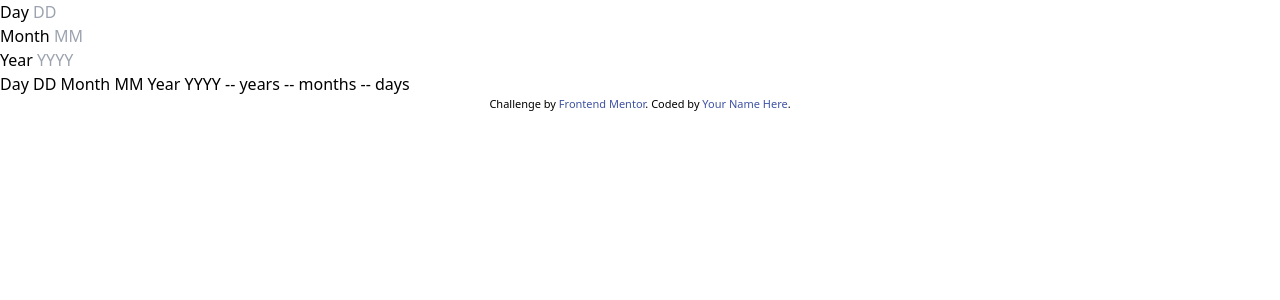
Repository: blordeus/age-calculator-app-main
Page: index.html
These files come from the project's save history. The page is drawn as it stood at one moment and after a run of saves; the edit follows.
The browser window is 1280 px wide. The pictures show the whole page.

Above is the page before, as saved 2023-08-25 19:51:39.

### index.html
<!DOCTYPE html>
<html lang="en">
<head>
  <meta charset="UTF-8">
  <meta name="viewport" content="width=device-width, initial-scale=1.0"> <!-- displays site properly based on user's device -->

  <link rel="icon" type="image/png" sizes="32x32" href="./assets/images/favicon-32x32.png">
  <link rel="stylesheet" href="style.css">
  <link rel="stylesheet" href="./dist/output.css">
  <title>Frontend Mentor | Age calculator app</title>

</head>
<body>
  <div class="card">
    <div class="card-container">
      <form>
        <div class="form_container">
          <div class="block">
            <label for="day">Day</label>
            <input type="text" id="day" placeholder="DD">
            <small></small>
          </div>
          <div class="block">
            <label for="month">Month</label>
            <input type="text" id="month" placeholder="MM">
            <small></small>
          </div>
          <div class="block">
            <label for="year">Year</label>
            <input type="text" id="year" placeholder="YYYY">
            <small></small>
          </div>
          <div class="submit_block">

          </div>
        </div>
      </form>
    </div>
  </div>

  Day
  DD

  Month
  MM

  Year
  YYYY

  -- years
  -- months
  -- days

  <div class="attribution">
    Challenge by <a rel="noopener" href="https://www.frontendmentor.io?ref=challenge" target="_blank">Frontend Mentor</a>.
    Coded by <a href="#">Your Name Here</a>.
  </div>

  <script class="script.js"></script>
</body>
</html>

### style.css
  @import url('https://fonts.googleapis.com/css2?family=Manrope:wght@800&display=swap');

  .attribution { font-size: 11px; text-align: center; }
  .attribution a { color: hsl(228, 45%, 44%); }

### dist/output.css
/*
! tailwindcss v3.3.3 | MIT License | https://tailwindcss.com
*/

/*
1. Prevent padding and border from affecting element width. (https://github.com/mozdevs/cssremedy/issues/4)
2. Allow adding a border to an element by just adding a border-width. (https://github.com/tailwindcss/tailwindcss/pull/116)
*/

*,
::before,
::after {
  box-sizing: border-box;
  /* 1 */
  border-width: 0;
  /* 2 */
  border-style: solid;
  /* 2 */
  border-color: #e5e7eb;
  /* 2 */
}

::before,
::after {
  --tw-content: '';
}

/*
1. Use a consistent sensible line-height in all browsers.
2. Prevent adjustments of font size after orientation changes in iOS.
3. Use a more readable tab size.
4. Use the user's configured `sans` font-family by default.
5. Use the user's configured `sans` font-feature-settings by default.
6. Use the user's configured `sans` font-variation-settings by default.
*/

html {
  line-height: 1.5;
  /* 1 */
  -webkit-text-size-adjust: 100%;
  /* 2 */
  -moz-tab-size: 4;
  /* 3 */
  -o-tab-size: 4;
     tab-size: 4;
  /* 3 */
  font-family: ui-sans-serif, system-ui, -apple-system, BlinkMacSystemFont, "Segoe UI", Roboto, "Helvetica Neue", Arial, "Noto Sans", sans-serif, "Apple Color Emoji", "Segoe UI Emoji", "Segoe UI Symbol", "Noto Color Emoji";
  /* 4 */
  font-feature-settings: normal;
  /* 5 */
  font-variation-settings: normal;
  /* 6 */
}

/*
1. Remove the margin in all browsers.
2. Inherit line-height from `html` so users can set them as a class directly on the `html` element.
*/

body {
  margin: 0;
  /* 1 */
  line-height: inherit;
  /* 2 */
}

/*
1. Add the correct height in Firefox.
2. Correct the inheritance of border color in Firefox. (https://bugzilla.mozilla.org/show_bug.cgi?id=190655)
3. Ensure horizontal rules are visible by default.
*/

hr {
  height: 0;
  /* 1 */
  color: inherit;
  /* 2 */
  border-top-width: 1px;
  /* 3 */
}

/*
Add the correct text decoration in Chrome, Edge, and Safari.
*/

abbr:where([title]) {
  -webkit-text-decoration: underline dotted;
          text-decoration: underline dotted;
}

/*
Remove the default font size and weight for headings.
*/

h1,
h2,
h3,
h4,
h5,
h6 {
  font-size: inherit;
  font-weight: inherit;
}

/*
Reset links to optimize for opt-in styling instead of opt-out.
*/

a {
  color: inherit;
  text-decoration: inherit;
}

/*
Add the correct font weight in Edge and Safari.
*/

b,
strong {
  font-weight: bolder;
}

/*
1. Use the user's configured `mono` font family by default.
2. Correct the odd `em` font sizing in all browsers.
*/

code,
kbd,
samp,
pre {
  font-family: ui-monospace, SFMono-Regular, Menlo, Monaco, Consolas, "Liberation Mono", "Courier New", monospace;
  /* 1 */
  font-size: 1em;
  /* 2 */
}

/*
Add the correct font size in all browsers.
*/

small {
  font-size: 80%;
}

/*
Prevent `sub` and `sup` elements from affecting the line height in all browsers.
*/

sub,
sup {
  font-size: 75%;
  line-height: 0;
  position: relative;
  vertical-align: baseline;
}

sub {
  bottom: -0.25em;
}

sup {
  top: -0.5em;
}

/*
1. Remove text indentation from table contents in Chrome and Safari. (https://bugs.chromium.org/p/chromium/issues/detail?id=999088, https://bugs.webkit.org/show_bug.cgi?id=201297)
2. Correct table border color inheritance in all Chrome and Safari. (https://bugs.chromium.org/p/chromium/issues/detail?id=935729, https://bugs.webkit.org/show_bug.cgi?id=195016)
3. Remove gaps between table borders by default.
*/

table {
  text-indent: 0;
  /* 1 */
  border-color: inherit;
  /* 2 */
  border-collapse: collapse;
  /* 3 */
}

/*
1. Change the font styles in all browsers.
2. Remove the margin in Firefox and Safari.
3. Remove default padding in all browsers.
*/

button,
input,
optgroup,
select,
textarea {
  font-family: inherit;
  /* 1 */
  font-feature-settings: inherit;
  /* 1 */
  font-variation-settings: inherit;
  /* 1 */
  font-size: 100%;
  /* 1 */
  font-weight: inherit;
  /* 1 */
  line-height: inherit;
  /* 1 */
  color: inherit;
  /* 1 */
  margin: 0;
  /* 2 */
  padding: 0;
  /* 3 */
}

/*
Remove the inheritance of text transform in Edge and Firefox.
*/

button,
select {
  text-transform: none;
}

/*
1. Correct the inability to style clickable types in iOS and Safari.
2. Remove default button styles.
*/

button,
[type='button'],
[type='reset'],
[type='submit'] {
  -webkit-appearance: button;
  /* 1 */
  background-color: transparent;
  /* 2 */
  background-image: none;
  /* 2 */
}

/*
Use the modern Firefox focus style for all focusable elements.
*/

:-moz-focusring {
  outline: auto;
}

/*
Remove the additional `:invalid` styles in Firefox. (https://github.com/mozilla/gecko-dev/blob/2f9eacd9d3d995c937b4251a5557d95d494c9be1/layout/style/res/forms.css#L728-L737)
*/

:-moz-ui-invalid {
  box-shadow: none;
}

/*
Add the correct vertical alignment in Chrome and Firefox.
*/

progress {
  vertical-align: baseline;
}

/*
Correct the cursor style of increment and decrement buttons in Safari.
*/

::-webkit-inner-spin-button,
::-webkit-outer-spin-button {
  height: auto;
}

/*
1. Correct the odd appearance in Chrome and Safari.
2. Correct the outline style in Safari.
*/

[type='search'] {
  -webkit-appearance: textfield;
  /* 1 */
  outline-offset: -2px;
  /* 2 */
}

/*
Remove the inner padding in Chrome and Safari on macOS.
*/

::-webkit-search-decoration {
  -webkit-appearance: none;
}

/*
1. Correct the inability to style clickable types in iOS and Safari.
2. Change font properties to `inherit` in Safari.
*/

::-webkit-file-upload-button {
  -webkit-appearance: button;
  /* 1 */
  font: inherit;
  /* 2 */
}

/*
Add the correct display in Chrome and Safari.
*/

summary {
  display: list-item;
}

/*
Removes the default spacing and border for appropriate elements.
*/

blockquote,
dl,
dd,
h1,
h2,
h3,
h4,
h5,
h6,
hr,
figure,
p,
pre {
  margin: 0;
}

fieldset {
  margin: 0;
  padding: 0;
}

legend {
  padding: 0;
}

ol,
ul,
menu {
  list-style: none;
  margin: 0;
  padding: 0;
}

/*
Reset default styling for dialogs.
*/

dialog {
  padding: 0;
}

/*
Prevent resizing textareas horizontally by default.
*/

textarea {
  resize: vertical;
}

/*
1. Reset the default placeholder opacity in Firefox. (https://github.com/tailwindlabs/tailwindcss/issues/3300)
2. Set the default placeholder color to the user's configured gray 400 color.
*/

input::-moz-placeholder, textarea::-moz-placeholder {
  opacity: 1;
  /* 1 */
  color: #9ca3af;
  /* 2 */
}

input::placeholder,
textarea::placeholder {
  opacity: 1;
  /* 1 */
  color: #9ca3af;
  /* 2 */
}

/*
Set the default cursor for buttons.
*/

button,
[role="button"] {
  cursor: pointer;
}

/*
Make sure disabled buttons don't get the pointer cursor.
*/

:disabled {
  cursor: default;
}

/*
1. Make replaced elements `display: block` by default. (https://github.com/mozdevs/cssremedy/issues/14)
2. Add `vertical-align: middle` to align replaced elements more sensibly by default. (https://github.com/jensimmons/cssremedy/issues/14#issuecomment-634934210)
   This can trigger a poorly considered lint error in some tools but is included by design.
*/

img,
svg,
video,
canvas,
audio,
iframe,
embed,
object {
  display: block;
  /* 1 */
  vertical-align: middle;
  /* 2 */
}

/*
Constrain images and videos to the parent width and preserve their intrinsic aspect ratio. (https://github.com/mozdevs/cssremedy/issues/14)
*/

img,
video {
  max-width: 100%;
  height: auto;
}

/* Make elements with the HTML hidden attribute stay hidden by default */

[hidden] {
  display: none;
}

*, ::before, ::after {
  --tw-border-spacing-x: 0;
  --tw-border-spacing-y: 0;
  --tw-translate-x: 0;
  --tw-translate-y: 0;
  --tw-rotate: 0;
  --tw-skew-x: 0;
  --tw-skew-y: 0;
  --tw-scale-x: 1;
  --tw-scale-y: 1;
  --tw-pan-x:  ;
  --tw-pan-y:  ;
  --tw-pinch-zoom:  ;
  --tw-scroll-snap-strictness: proximity;
  --tw-gradient-from-position:  ;
  --tw-gradient-via-position:  ;
  --tw-gradient-to-position:  ;
  --tw-ordinal:  ;
  --tw-slashed-zero:  ;
  --tw-numeric-figure:  ;
  --tw-numeric-spacing:  ;
  --tw-numeric-fraction:  ;
  --tw-ring-inset:  ;
  --tw-ring-offset-width: 0px;
  --tw-ring-offset-color: #fff;
  --tw-ring-color: rgb(59 130 246 / 0.5);
  --tw-ring-offset-shadow: 0 0 #0000;
  --tw-ring-shadow: 0 0 #0000;
  --tw-shadow: 0 0 #0000;
  --tw-shadow-colored: 0 0 #0000;
  --tw-blur:  ;
  --tw-brightness:  ;
  --tw-contrast:  ;
  --tw-grayscale:  ;
  --tw-hue-rotate:  ;
  --tw-invert:  ;
  --tw-saturate:  ;
  --tw-sepia:  ;
  --tw-drop-shadow:  ;
  --tw-backdrop-blur:  ;
  --tw-backdrop-brightness:  ;
  --tw-backdrop-contrast:  ;
  --tw-backdrop-grayscale:  ;
  --tw-backdrop-hue-rotate:  ;
  --tw-backdrop-invert:  ;
  --tw-backdrop-opacity:  ;
  --tw-backdrop-saturate:  ;
  --tw-backdrop-sepia:  ;
}

::backdrop {
  --tw-border-spacing-x: 0;
  --tw-border-spacing-y: 0;
  --tw-translate-x: 0;
  --tw-translate-y: 0;
  --tw-rotate: 0;
  --tw-skew-x: 0;
  --tw-skew-y: 0;
  --tw-scale-x: 1;
  --tw-scale-y: 1;
  --tw-pan-x:  ;
  --tw-pan-y:  ;
  --tw-pinch-zoom:  ;
  --tw-scroll-snap-strictness: proximity;
  --tw-gradient-from-position:  ;
  --tw-gradient-via-position:  ;
  --tw-gradient-to-position:  ;
  --tw-ordinal:  ;
  --tw-slashed-zero:  ;
  --tw-numeric-figure:  ;
  --tw-numeric-spacing:  ;
  --tw-numeric-fraction:  ;
  --tw-ring-inset:  ;
  --tw-ring-offset-width: 0px;
  --tw-ring-offset-color: #fff;
  --tw-ring-color: rgb(59 130 246 / 0.5);
  --tw-ring-offset-shadow: 0 0 #0000;
  --tw-ring-shadow: 0 0 #0000;
  --tw-shadow: 0 0 #0000;
  --tw-shadow-colored: 0 0 #0000;
  --tw-blur:  ;
  --tw-brightness:  ;
  --tw-contrast:  ;
  --tw-grayscale:  ;
  --tw-hue-rotate:  ;
  --tw-invert:  ;
  --tw-saturate:  ;
  --tw-sepia:  ;
  --tw-drop-shadow:  ;
  --tw-backdrop-blur:  ;
  --tw-backdrop-brightness:  ;
  --tw-backdrop-contrast:  ;
  --tw-backdrop-grayscale:  ;
  --tw-backdrop-hue-rotate:  ;
  --tw-backdrop-invert:  ;
  --tw-backdrop-opacity:  ;
  --tw-backdrop-saturate:  ;
  --tw-backdrop-sepia:  ;
}

.block {
  display: block;
}

.content-\[attr\(data-content\)\] {
  --tw-content: attr(data-content);
  content: var(--tw-content);
}

After the next 3 saves:
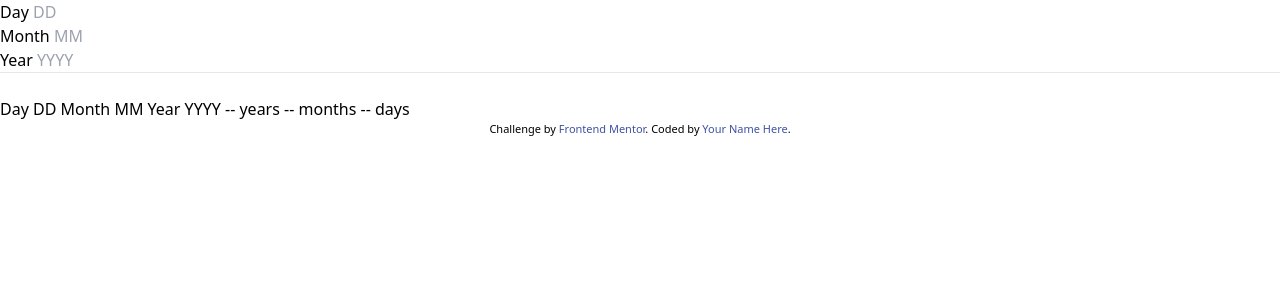
The 3 saves are shown as one change because they came seconds apart.
The last was saved 20 s later.
--- a/index.html
+++ b/index.html
@@ -31,7 +31,8 @@
             <small></small>
           </div>
           <div class="submit_block">
-
+            <hr>
+            <button></button>
           </div>
         </div>
       </form>
